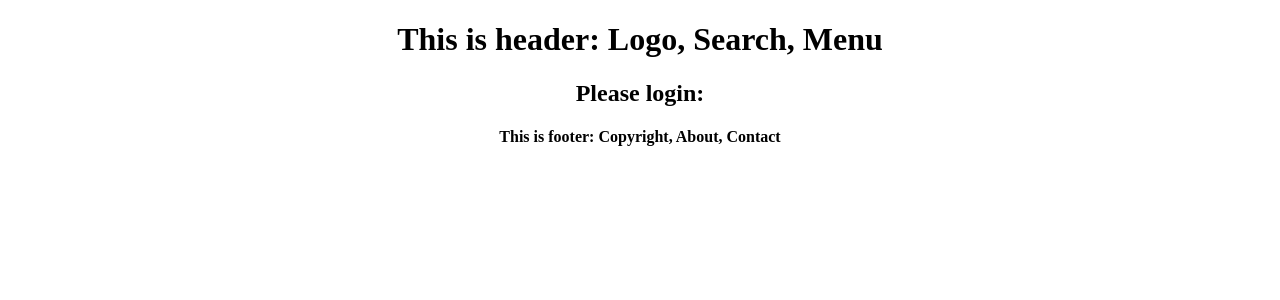
Repository: janvi2502/BookStore
Page: http://localhost/BookStoreWebsite/frontend/login.jsp
An editor plug-in stored every save of this project. The page is shown before and after the next save, followed by the edit.
The browser window is 1280 px wide. The pictures show the whole page.
The page is served by Tomcat 10. Other server files are loaded and not shown.

Above is the page before, as saved 2023-10-18 13:42:54.

### BookStoreWebsite/WebContent/frontend/login.jsp
<%@ page language="java" contentType="text/html; charset=UTF-8"
    pageEncoding="UTF-8"%>
<!DOCTYPE html>
<html>
<head>
<meta charset="UTF-8">
<title>Login Page</title>
</head>
<body>
	<div align="center">
		<h1>This is header: Logo, Search, Menu</h1>
	</div>

	<div align="center">
		<h2>Please login:</h2>
	</div>

	<div align="center">
		<h4>This is footer: Copyright, About, Contact</h4>
	</div>
</body>
</html>

After the next save:
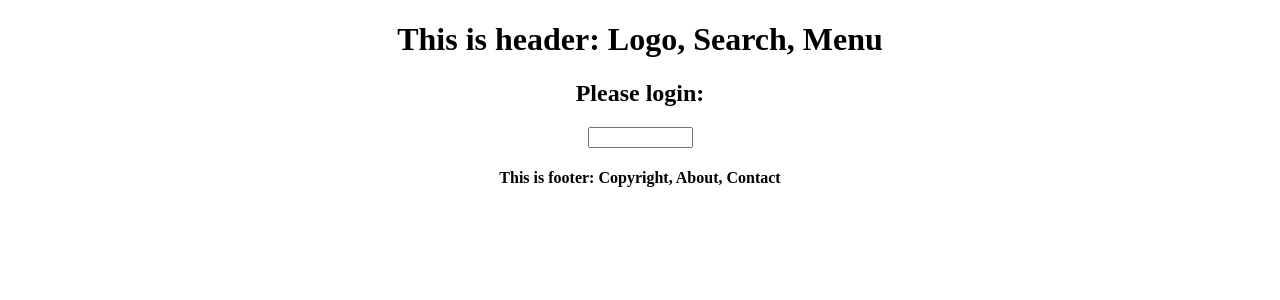
Saved 73 s later.
--- a/BookStoreWebsite/WebContent/frontend/login.jsp
+++ b/BookStoreWebsite/WebContent/frontend/login.jsp
@@ -13,6 +13,9 @@
 
 	<div align="center">
 		<h2>Please login:</h2>
+		<form action="">
+			<input type="text" size="10">
+		</form>
 	</div>
 
 	<div align="center">
